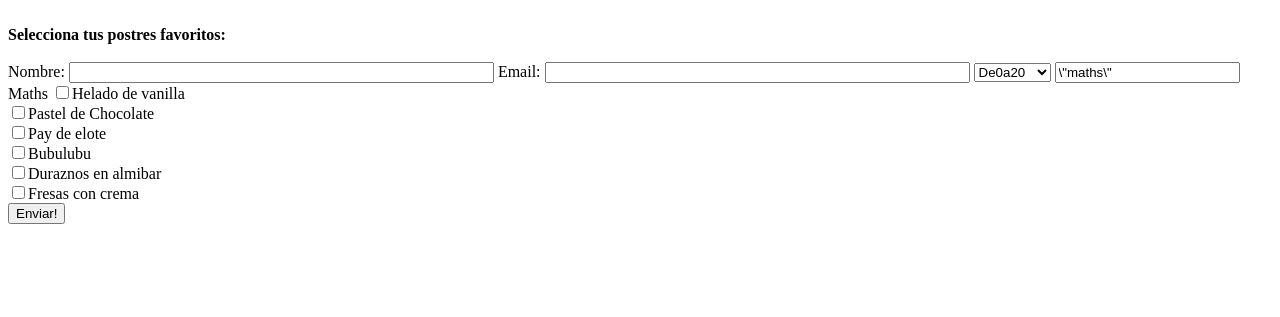
Repository: ebaglio/trabajophp
Page: http://localhost/ejercicioformularios.php
An editor plug-in stored every save of this project. The page is shown before and after the next save, followed by the edit.
The browser window is 1280 px wide. The pictures show the whole page.
The page is run by PHP 8.4 with error messages shown; the project is at /var/www/html/.

Above is the page before, as saved 2012-05-04 10:26:32.

### curso1/ejercicioformularios.php
<html>
<head>
        <title>Formulario datos personales</title>
<head>
<body>
 <br />
<b>Selecciona tus postres favoritos:</b><br /><br />
<form method="post" action="<?= $_SERVER['PHP_SELF'] ?>">
<td>Nombre:</td><td> <input type=\"text\" name=\"name\" size=50></td>
<td>Email:</td><td> <input type=\"text\" name=\"name\" size=50></td>
<select name=\"Edad\">
        <option value=\"De0a20\" selected>De0a20</option>
    <option value=\"De20a60\">De20a60</option>
    </select>

<input type=\"radio\" name=\"subject\" value=\"maths\" /> Maths

<input name="postre[]" type="checkbox"
 value="Helado de Vainilla">Helado de vanilla<br />
<input name="postre[]" type="checkbox"
 value="Pastel de Chocolate">Pastel de Chocolate<br />
<input name="postre[]" type="checkbox"
 value="Pay de elote">Pay de elote<br />
<input name="postre[]" type="checkbox"
 value="Bubulubu">Bubulubu<br />
<input name="postre[]" type="checkbox"
 value="Duraznos en almibar">Duraznos en almibar<br />
<input name="postre[]" type="checkbox"
 value="Fresas con crema">Fresas con crema<br />
<input name="send" type="submit" id="send" value="Enviar!">
</form>

<?php
if (isset($_POST['postre']))
{
   $postre = $_POST['postre'];
   $n        = count($postre);
   $i        = 0;

   echo "Tus postres favoritos son: rn" .
                "<ol>";
   while ($i < $n)
   {
          echo "<li>{$postre[$i]}</li> rn";
          $i++;
   }
   echo "</ol>";
}
?>

</body>
</html>

After the next save:
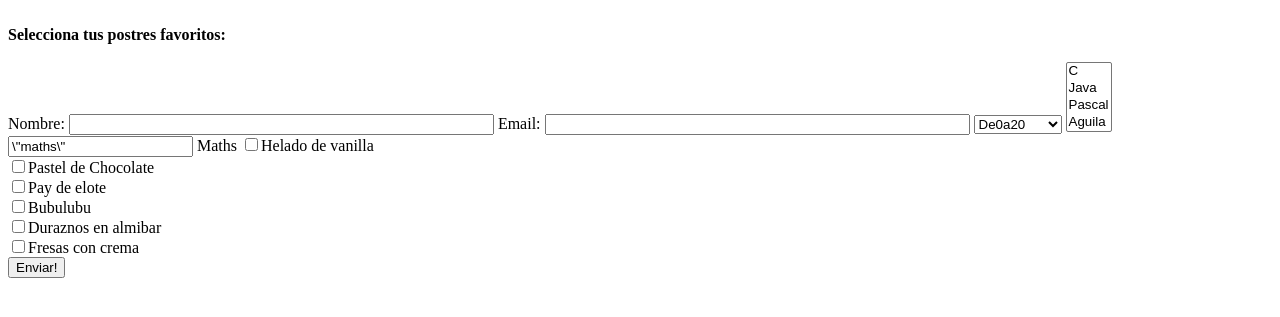
Saved 2 min 39 s later.
--- a/curso1/ejercicioformularios.php
+++ b/curso1/ejercicioformularios.php
@@ -8,10 +8,24 @@
 <form method="post" action="<?= $_SERVER['PHP_SELF'] ?>">
 <td>Nombre:</td><td> <input type=\"text\" name=\"name\" size=50></td>
 <td>Email:</td><td> <input type=\"text\" name=\"name\" size=50></td>
+<tr>
 <select name=\"Edad\">
         <option value=\"De0a20\" selected>De0a20</option>
-    <option value=\"De20a60\">De20a60</option>
+    <option value=\"De 20 a 60\">De 20 a 60</option>
     </select>
+</tr>
+<tr>
+	  <select multiple name=\"lenguajes[]\">
+   <option value=\"C\">C</option>
+   <option value=\"Java\">Java</option>
+   <option value=\"Pascal\">Pascal</option>
+   <option value=\"Aguila\">Aguila</option>
+</select><br>
+
+
+</tr>
+
+
 
 <input type=\"radio\" name=\"subject\" value=\"maths\" /> Maths
 
